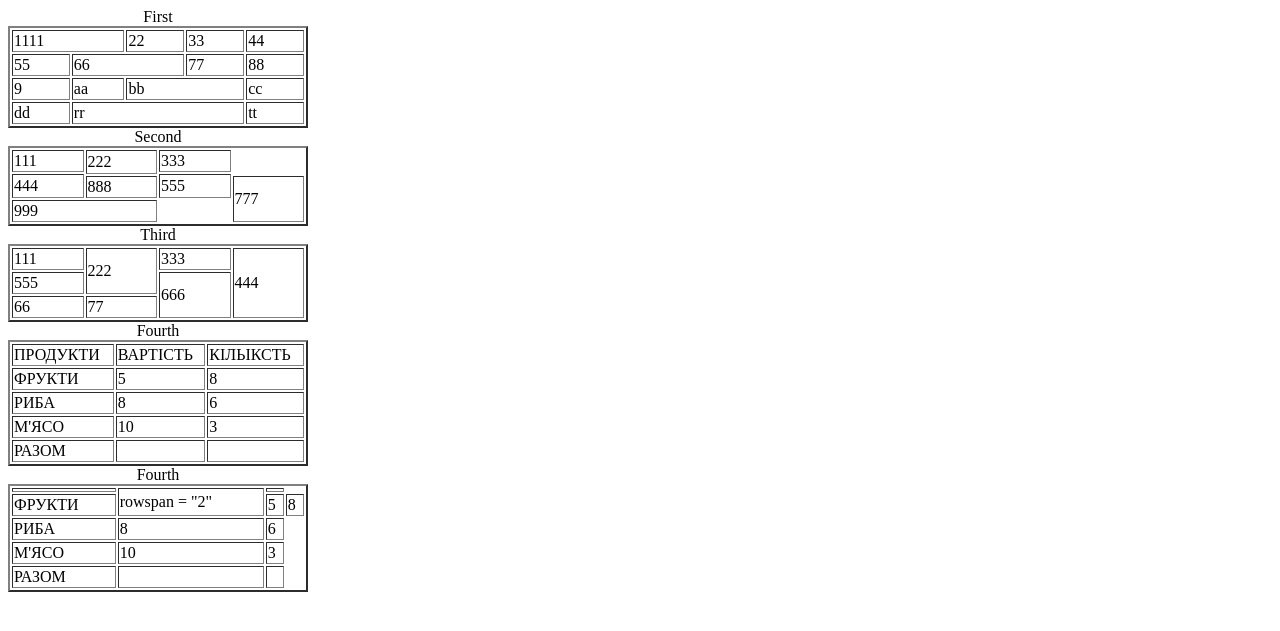
Repository: KseniaMakara/Web
Page: tables/index.html
These files come from the project's save history. The page is drawn as it stood at one moment and after the next save; the edit follows.
The browser window is 1280 px wide. The pictures show the whole page.

Above is the page before, as saved 2021-02-14 14:44:27.

### tables/index.html
<table border="2px" width="300px">
    <caption> First <caption>
    <tr>
        <td colspan="2"> 1111 </td>
        <td> 22 </td>
        <td> 33 </td>
        <td> 44 </td>

    </tr>
    <tr>
        <td> 55 </td>
        <td colspan="2"> 66 </td>
        <td > 77 </td>
        <td> 88 </td>
    </tr>
    <tr>
        <td> 9 </td>
        <td > aa </td>
        <td colspan="2"> bb </td>
        <td> cc </td>
    </tr>
    <tr>
        <td> dd </td>
        <td colspan="3"> rr </td>
        <td> tt </td>
    </tr>

    </table>


    <table border="2px" width="300px">
        <caption> Second <caption>
        <tr>
            <td > 111 </td>
            <td rowspan="2">  222 </td>
            <td> 333 </td>

        </tr>
        <tr>
            <td rowspan="2"> 444 </td>
            <td rowspan="2"> 555 </td>

        </tr>
        <tr>
            <td> 888 </td>
            <td rowspan="3" > 777 </td>
        </tr>
        <tr>
            <td colspan = "2"> 999 </td>
        </tr>
        </table>

        <table border="2px" width="300px">
        <caption> Third <caption>
            <tr>
                <td > 111 </td>
                <td rowspan="2">  222 </td>
                <td> 333 </td>
                <td rowspan="3"> 444 </td>

            </tr>
            <tr>
                <td > 555 </td>
                <td rowspan="2"> 666 </td>

            </tr>
            <tr>
                <td> 66 </td>
                <td rowspan="3" > 77 </td>
            </tr>

            </table>

            <table border="2px" width="300px">
                <caption> Fourth <caption>
                    <tr>
                        <td > ПРОДУКТИ </td>
                        <td > ВАРТІСТЬ </td>
                        <td > КІЛЬІКСТЬ </td>

                    </tr>
                    <tr>
                        <td > ФРУКТИ </td>
                        <td > 5 </td>
                        <td > 8 </td>
                    </tr>

                    <tr>
                        <td > РИБА </td>
                        <td > 8 </td>
                        <td > 6 </td>
                    </tr>
                    <tr>
                        <td > М'ЯСО </td>
                        <td > 10 </td>
                        <td > 3 </td>
                    </tr>
                    <tr>
                        <td > РАЗОМ </td>
                        <td >  </td>
                        <td >  </td>
                    </tr>

                    </table>

                    <table border="2px" width="300px">
                <caption> Fourth <caption>
                    <tr>
                        <td >  </td>
                        <td rowspan = "2"> rowspan = "2" </td>
                        <td >  </td>

                    </tr>
                    <tr>
                        <td > ФРУКТИ </td>
                        <td > 5 </td>
                        <td > 8 </td>
                    </tr>

                    <tr>
                        <td > РИБА </td>
                        <td > 8 </td>
                        <td > 6 </td>
                    </tr>
                    <tr>
                        <td > М'ЯСО </td>
                        <td > 10 </td>
                        <td > 3 </td>
                    </tr>
                    <tr>
                        <td > РАЗОМ </td>
                        <td >  </td>
                        <td >  </td>
                    </tr>

                    </table>

After the next save:
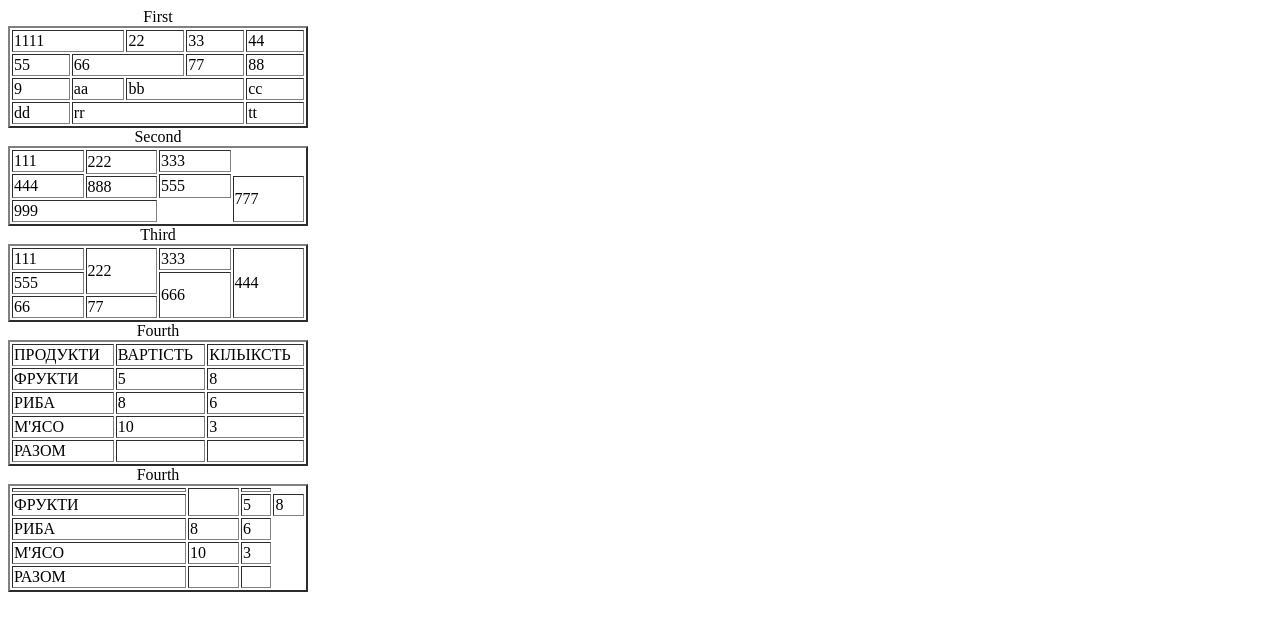
Saved 11 s later.
--- a/tables/index.html
+++ b/tables/index.html
@@ -107,7 +107,7 @@
                 <caption> Fourth <caption>
                     <tr>
                         <td >  </td>
-                        <td rowspan = "2"> rowspan = "2" </td>
+                        <td rowspan = "2"> </td>
                         <td >  </td>
 
                     </tr>
